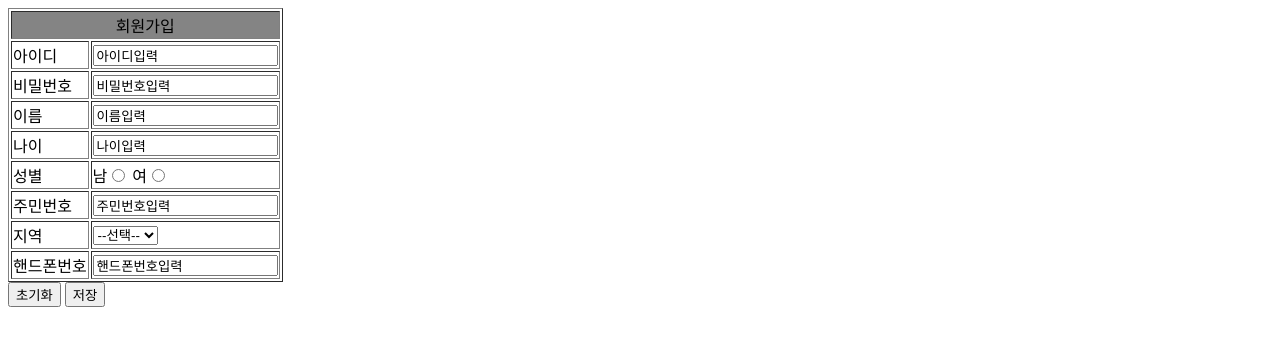
Repository: gunvv00/Java_practice
Page: html_work/html01/WebContent/goods.html
An editor plug-in stored every save of this project. The page is shown before and after the next save, followed by the edit.
The browser window is 1280 px wide. The pictures show the whole page.

Above is the page before, as saved 2020-01-02 06:41:43.

### html_work/html01/WebContent/goods.html
<!DOCTYPE html>
<html>
<head>
<meta charset="UTF-8">
<title>Insert title here</title>
</head>
<body>
	<TABLE Border = 1 height = 100 >

	<tr>
		<td bgcolor = "#848484" align = center colspan = "2">회원가입</td>
	</tr>
	<tr>
		<td>아이디</td>
		<td><input type = "text" name="name" value = "아이디입력"></td>
	</tr>
	<tr>
		<td>비밀번호</td>
		<td><input type = "text" name="name" value = "비밀번호입력"></td>
	</tr>
	<tr>
		<td>이름</td>
		<td><input type = "text" name="name" value = "이름입력"></td>
	</tr>
	<tr>
		<td>나이</td>
		<td><input type = "text" name="age" value = "나이입력"></td>
	</tr>
	<tr>
		<td>성별</td>
		<td>남<input type = "radio" name="gender"/>
			여<input type = "radio" name="gender"/>
		</td>
	</tr>
	<tr>
		<td>주민번호</td>
		<td><input type = "text" name="jumin" value = "주민번호입력"></td>
	</tr>
	<tr>
		<td>지역</td>
		<td>
		<select name = "location">
		<option value="">--선택--</option>
		<option value="j1">서울</option>
		<option value="j2">경기도</option>
		<option value="j3">전라도</option>
		<option value="j3">충청도</option>
		<option value="j3">경상도</option>
		<option value="j3">제주</option>
		</select>
		</td>
	</tr>
	<tr>
		<td>핸드폰번호</td>
		<td><input type = "text" name="phonenumber" value = "핸드폰번호입력"></td>
	</tr>
	</TABLE>
	<input type = "reset" value="초기화"/>
	<input type = "submit" value = "저장"/>

</body>
</html>

After the next save:
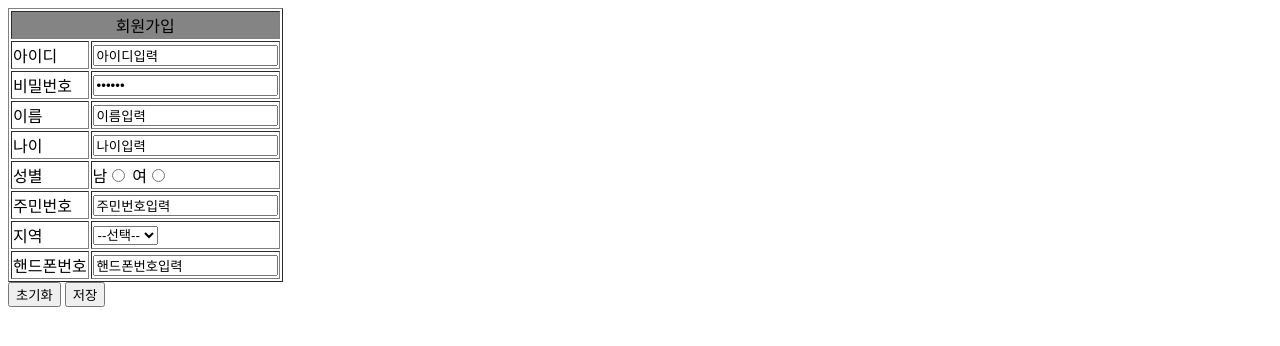
Saved 23 s later.
--- a/html_work/html01/WebContent/goods.html
+++ b/html_work/html01/WebContent/goods.html
@@ -16,7 +16,7 @@
 	</tr>
 	<tr>
 		<td>비밀번호</td>
-		<td><input type = "text" name="name" value = "비밀번호입력"></td>
+		<td><input type = "password" name="name" value = "비밀번호입력"></td>
 	</tr>
 	<tr>
 		<td>이름</td>
